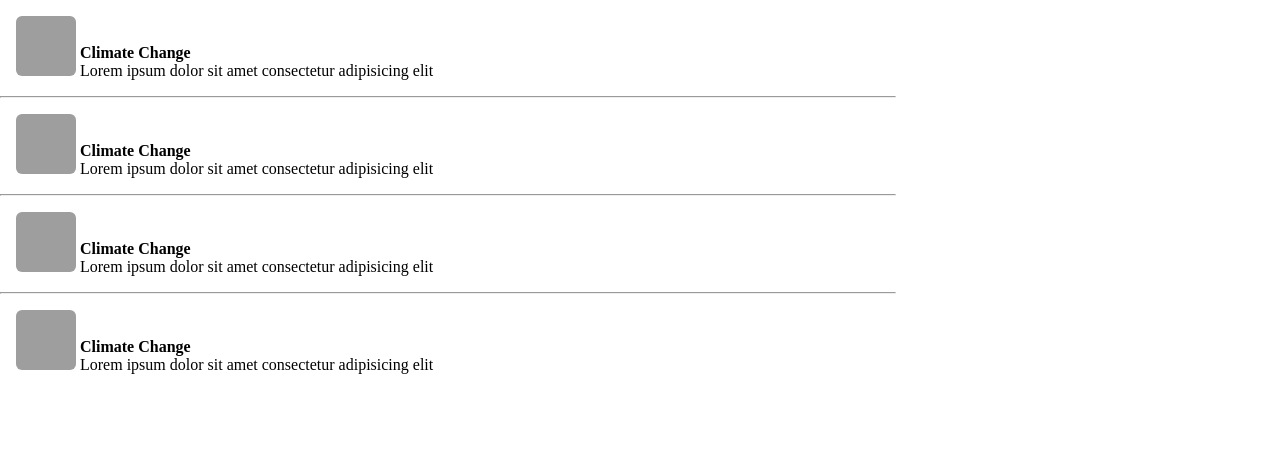
Repository: longNT0dev/C4E132
Page: SS3/index.html
The author's editor kept a copy of each file at every save. The page is drawn from the files as they stood at one save, then again after a run of saves.
The browser window is 1280 px wide. The pictures show the whole page.
Pictures or frames that could not be fetched are drawn as grey boxes.

Above is the page before, as saved 2022-09-28 22:01:46.

After the next 2 saves:
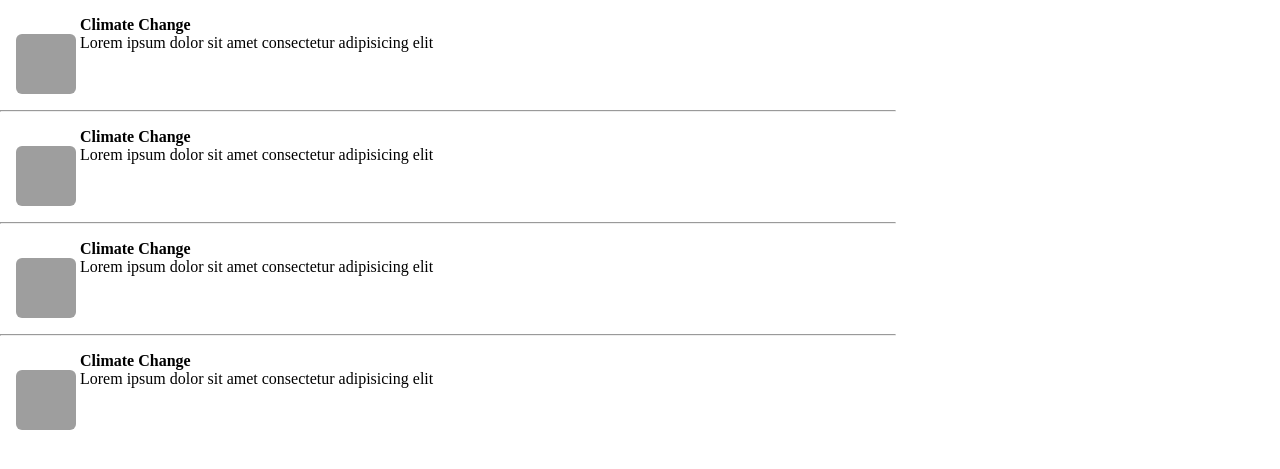
The 2 saves are shown as one change because they came seconds apart.
The last was saved 34 s later.
--- a/SS3/style.css
+++ b/SS3/style.css
@@ -43,6 +43,7 @@
     width: 60px;
     height: 60px;
     border-radius: 6px;
+    vertical-align: text-top;
 }
 
 .content {

After the 3 saves that followed:
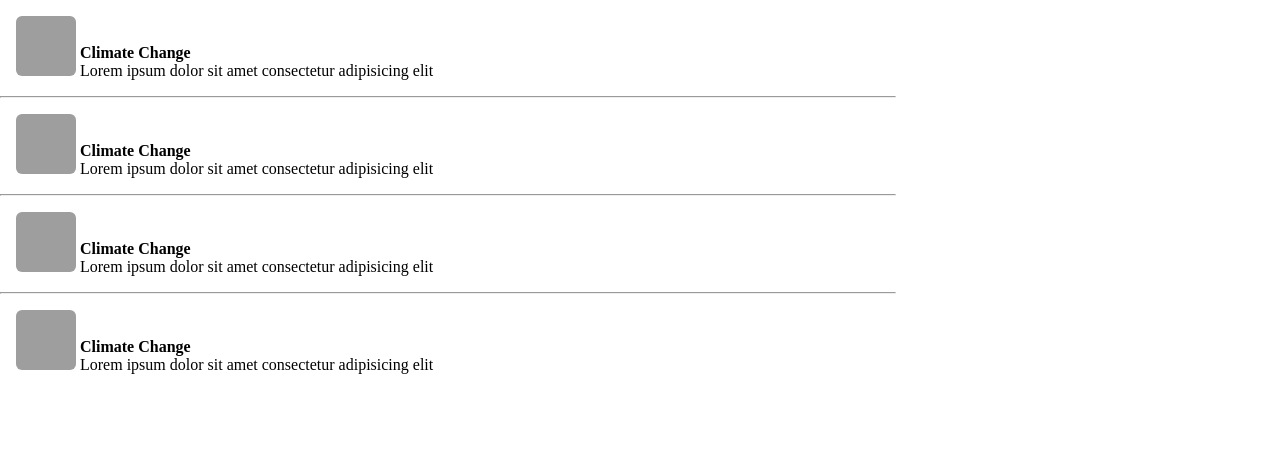
The 3 saves are shown as one change because they came seconds apart.
The last was saved 45 s later.
--- a/SS3/style.css
+++ b/SS3/style.css
@@ -43,7 +43,7 @@
     width: 60px;
     height: 60px;
     border-radius: 6px;
-    vertical-align: text-top;
+    vertical-align: baseline;
 }
 
 .content {
